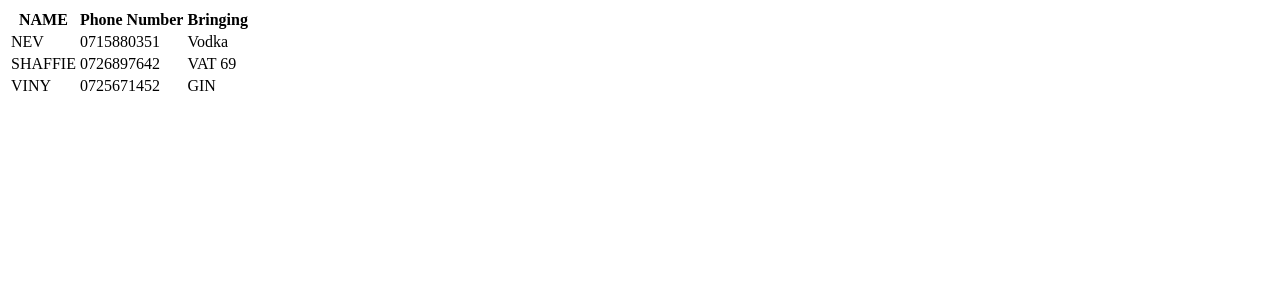
Repository: brianratemo/images.html
Page: table.html
The author's editor kept a copy of each file at every save. The page is drawn from the files as they stood at one save, then again after the next save.
The browser window is 1280 px wide. The pictures show the whole page.

Above is the page before, as saved 2023-03-21 02:05:54.

### table.html
<table>
     <tr>
        <th>NAME</th>
        <th>Phone Number</th>
        <th>Bringing</th>
     </tr>

     <tr>
        <td>NEV</td>
        <td>0715880351</td>
        <td>Vodka</td>
</tr>

     <tr>
        <td>SHAFFIE</td>
        <td>0726897642</td>
        <td>VAT 69</td>
     </tr>

     <tr>
        <td>VINY</td>
        <td>0725671452</td>
        <td>GIN</td>
     </tr>
</table>

After the next save:
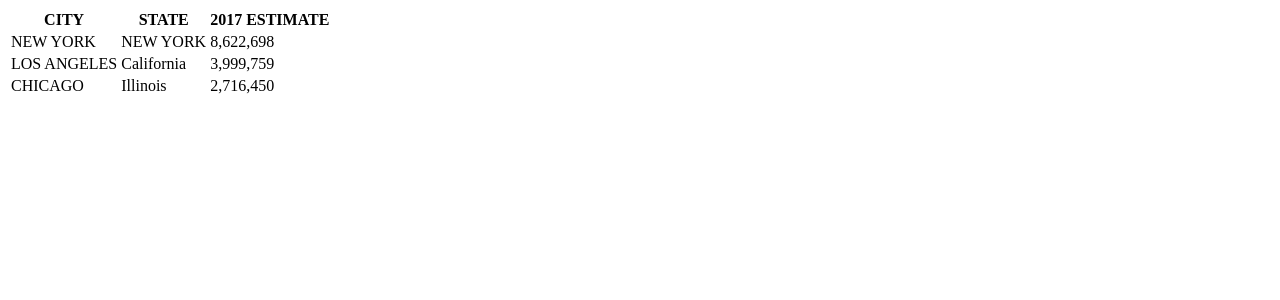
Saved 6 min 24 s later.
--- a/table.html
+++ b/table.html
@@ -1,25 +1,25 @@
 <table>
      <tr>
-        <th>NAME</th>
-        <th>Phone Number</th>
-        <th>Bringing</th>
+        <th>CITY</th>
+        <th>STATE</th>
+        <th>2017 ESTIMATE</th>
      </tr>
 
      <tr>
-        <td>NEV</td>
-        <td>0715880351</td>
-        <td>Vodka</td>
+        <td>NEW YORK</td>
+        <td>NEW YORK</td>
+        <td>8,622,698</td>
 </tr>
 
      <tr>
-        <td>SHAFFIE</td>
-        <td>0726897642</td>
-        <td>VAT 69</td>
+        <td>LOS ANGELES</td>
+        <td>California</td>
+        <td>3,999,759</td>
      </tr>
 
      <tr>
-        <td>VINY</td>
-        <td>0725671452</td>
-        <td>GIN</td>
+        <td>CHICAGO</td>
+        <td>Illinois</td>
+        <td>2,716,450</td>
      </tr>
 </table>
